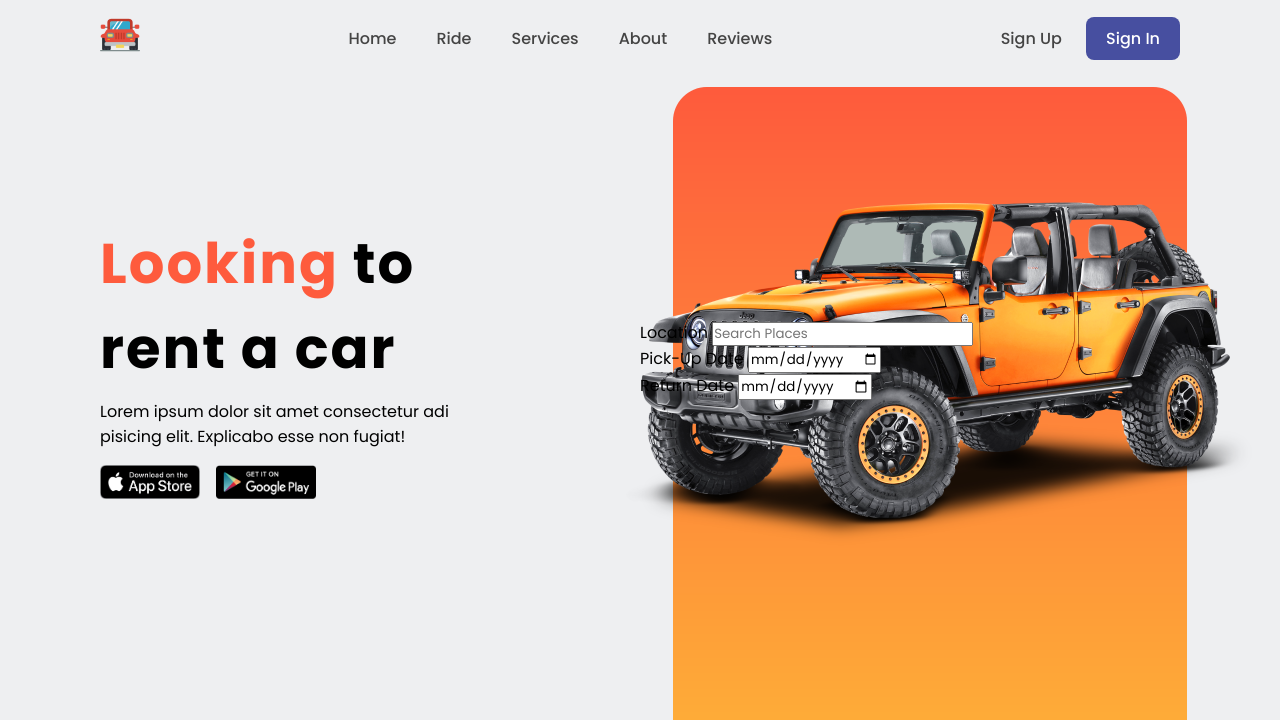
Repository: douglasabnovato/car-rental
Page: index.html
The author's editor kept a copy of each file at every save. The page is drawn from the files as they stood at one save, then again after the next save.
The browser window is 1280 px wide. The pictures show the whole page.

Above is the page before, as saved 2025-05-16 12:02:07.

After the next save:
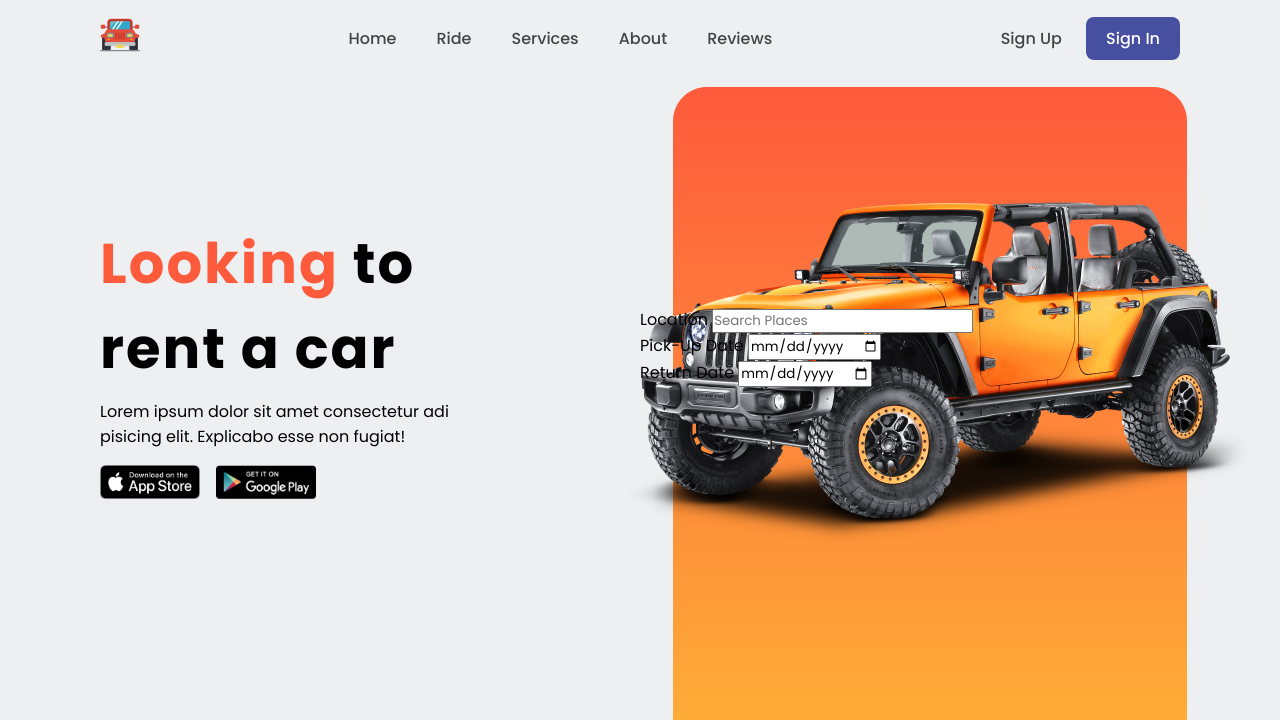
Saved 4 min 41 s later.
--- a/index.html
+++ b/index.html
@@ -60,6 +60,7 @@
             <span>Return Date</span>
             <input type="date" name="" id="" />
           </div>
+          <input type="submit" value="">
         </form>
       </div>
     </section>
